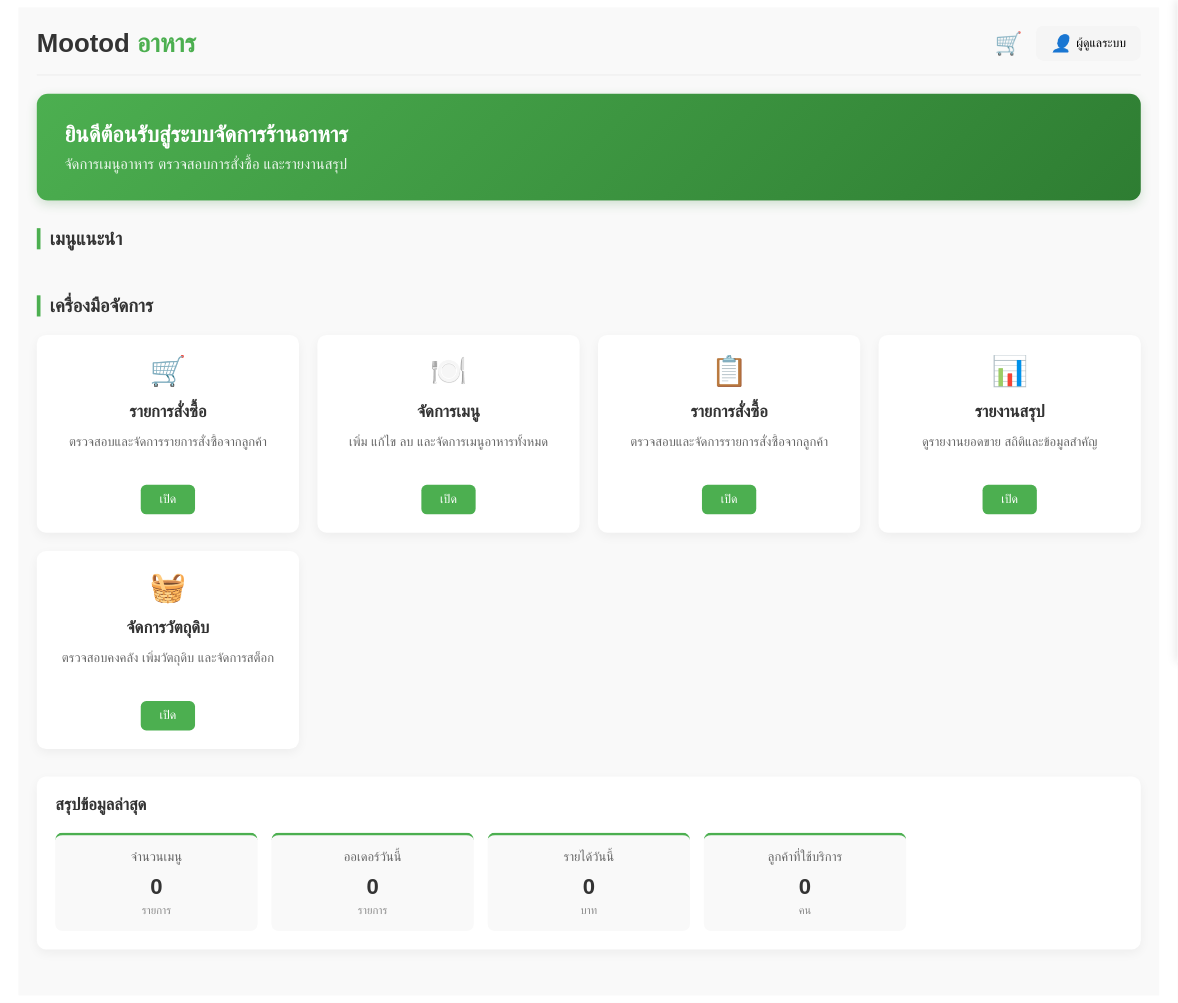
Repository: KwaunchaiJankaikot/mootod
Page: / (app in frontend/)
The author's editor kept a copy of each file at every save. The page is drawn from the files as they stood at one save, then again after a run of saves.
The browser window is 1280 px wide. The pictures show the whole page, at 92% of full size.
The page's requests for data from a server got no answer. The project was rebuilt for these pictures with package versions that can differ from the ones it lists, and the page was loaded fresh each time. No one was signed in, and anything a server would have sent is missing. Also part of the build but not shown: frontend/vue.config.js, frontend/src/components/CheckoutPage.vue, frontend/src/components/AddMenu.vue, frontend/src/components/MenuList.vue, frontend/src/components/EditMenu.vue, frontend/src/components/InventoryPage.vue.

Above is the page before, as saved 2025-04-23 01:00:41.

### frontend/public/index.html
<!DOCTYPE html>
<html lang="">
  <head>
    <meta charset="utf-8">
    <meta http-equiv="X-UA-Compatible" content="IE=edge">
    <meta name="viewport" content="width=device-width,initial-scale=1.0">
    <link rel="icon" href="<%= BASE_URL %>favicon.ico">
    <title><%= htmlWebpackPlugin.options.title %></title>
    <link href="https://fonts.googleapis.com/icon?family=Material+Icons" rel="stylesheet">
    <link rel="stylesheet" href="https://fonts.googleapis.com/css2?family=Material+Symbols+Outlined:opsz,wght,FILL,GRAD@24,400,0,0" />
  </head>
  <body>
    <noscript>
      <strong>We're sorry but <%= htmlWebpackPlugin.options.title %> doesn't work properly without JavaScript enabled. Please enable it to continue.</strong>
    </noscript>
    <div id="app"></div>
    <!-- built files will be auto injected -->
  </body>
</html>

### frontend/src/main.js
import { createApp } from 'vue';
import App from './App.vue';
import router from './router';

const app = createApp(App);
app.use(router);  // ติดตั้ง Vue Router
app.mount('#app');

### frontend/src/App.vue
<template>
  <div id="app">
    <router-view></router-view>
  </div>
</template>

<script>
export default {
  name: 'App',
};
</script>

### frontend/src/router/index.js
import { createRouter, createWebHistory } from 'vue-router';
import HomePage from '../components/HomePage.vue';
import AddMenu from '../components/AddMenu.vue';
import MenuList from '../components/MenuList.vue';
import EditMenu from '../components/EditMenu.vue';
import InventoryPage from '../components/InventoryPage.vue';

const routes = [
  {
    path: '/',
    name: 'Home',
    component: HomePage
  },
  {
    path: '/add-menu',
    name: 'Menu',
    component: AddMenu
  },
  {
    path: '/menu-list',
    name: 'MenuList',
    component: MenuList
  },
  {
    path: '/edit-menu/:id',
    name: 'edit-menu',
    component: EditMenu,
    props: true,
  },

  {
    path: '/inventorypage',
    name: 'inventorypage',
    component: InventoryPage,
  },
];

const router = createRouter({
  history: createWebHistory(process.env.BASE_URL),
  routes
});

export default router;

### frontend/src/components/HomePage.vue
<template>
  <div class="home-container">
    <header class="header">
      <div class="logo">
        <img src="@/assets/logo.png" alt="Mootod Logo" v-if="false" />
        <h1>Mootod <span>อาหาร</span></h1>
      </div>
      <div class="right-menu">
        <div class="cart-icon" @click="toggleCart">
          <span>🛒</span>
          <span class="cart-badge" v-if="cartItems.length > 0">{{
            cartItems.length
          }}</span>
        </div>
        <button class="user-btn">
          <i class="user-icon">👤</i>
          <span>ผู้ดูแลระบบ</span>
        </button>
      </div>
    </header>

    <!-- ตะกร้าสินค้า -->
    <CartSidebar
      :cartItems="cartItems"
      :isCartOpen="isCartOpen"
      @close-cart="toggleCart"
      @remove-item="removeFromCart"
      @increase-quantity="increaseQuantity"
      @decrease-quantity="decreaseQuantity"
      @go-to-checkout="goToCheckout"
    />

    <!-- หน้าชำระเงิน -->
    <CheckoutPage
      v-if="isCheckoutModalOpen"
      :cartItems="cartItems"
      @close-checkout="closeCheckoutModal"
      @payment-success="handlePaymentSuccess"
    />

    <div class="welcome-banner">
      <div class="banner-content">
        <h2>ยินดีต้อนรับสู่ระบบจัดการร้านอาหาร</h2>
        <p>จัดการเมนูอาหาร ตรวจสอบการสั่งซื้อ และรายงานสรุป</p>
      </div>
    </div>

    <!-- แสดงรายการเมนู -->
    <h3 class="section-title">เมนูแนะนำ</h3>
    <div class="menu-cards">
      <div v-for="menu in menus" :key="menu.id" class="menu-card">
        <div class="card-image-container">
          <img :src="menu.image_url" alt="เมนูอาหาร" class="card-image" />
        </div>
        <div class="card-content">
          <h3>{{ menu.name }}</h3>
          <p>{{ menu.description }}</p>
          <div class="card-footer">
            <span class="price">{{ menu.price }} บาท</span>
            <button class="card-btn" @click="addToCart(menu)">สั่งอาหาร</button>
          </div>
        </div>
      </div>
    </div>

    <!-- ส่วนอื่นๆ ของหน้าจัดการ -->
    <h3 class="section-title">เครื่องมือจัดการ</h3>
    <div class="admin-cards">

      <div class="card" @click="goTo('orders')">
        <div class="card-icon">🛒</div>
        <h3>รายการสั่งซื้อ</h3>
        <p>ตรวจสอบและจัดการรายการสั่งซื้อจากลูกค้า</p>
        <button class="card-btn">เปิด</button>
      </div>

      <div class="card" @click="goTo('menu')">
        <div class="card-icon">🍽️</div>
        <h3>จัดการเมนู</h3>
        <p>เพิ่ม แก้ไข ลบ และจัดการเมนูอาหารทั้งหมด</p>
        <button class="card-btn">เปิด</button>
      </div>

      <!-- <div class="card" @click="goTo('add-menu')">
        <div class="card-icon">➕</div>
        <h3>เพิ่มเมนูใหม่</h3>
        <p>เพิ่มเมนูอาหารใหม่เข้าสู่ระบบพร้อมรูปภาพ</p>
        <button class="card-btn">เปิด</button>
      </div> -->

      <div class="card" @click="goTo('orders')">
        <div class="card-icon">📋</div>
        <h3>รายการสั่งซื้อ</h3>
        <p>ตรวจสอบและจัดการรายการสั่งซื้อจากลูกค้า</p>
        <button class="card-btn">เปิด</button>
      </div>

      <div class="card" @click="goTo('reports')">
        <div class="card-icon">📊</div>
        <h3>รายงานสรุป</h3>
        <p>ดูรายงานยอดขาย สถิติและข้อมูลสำคัญ</p>
        <button class="card-btn">เปิด</button>
      </div>

      <div class="card" @click="goTo('inventorypage')">
        <div class="card-icon">🧺</div>
        <h3>จัดการวัตถุดิบ</h3>
        <p>ตรวจสอบคงคลัง เพิ่มวัตถุดิบ และจัดการสต็อก</p>
        <button class="card-btn">เปิด</button>
      </div>
    </div>

    <div class="quick-stats">
      <h3>สรุปข้อมูลล่าสุด</h3>
      <div class="stats-grid">
        <div class="stat-card">
          <h4>จำนวนเมนู</h4>
          <div class="stat-value">{{ totalMenus || menus.length }}</div>
          <div class="stat-label">รายการ</div>
        </div>

        <div class="stat-card">
          <h4>ออเดอร์วันนี้</h4>
          <div class="stat-value">0</div>
          <div class="stat-label">รายการ</div>
        </div>

        <div class="stat-card">
          <h4>รายได้วันนี้</h4>
          <div class="stat-value">0</div>
          <div class="stat-label">บาท</div>
        </div>

        <div class="stat-card">
          <h4>ลูกค้าที่ใช้บริการ</h4>
          <div class="stat-value">0</div>
          <div class="stat-label">คน</div>
        </div>
      </div>
    </div>
  </div>
</template>

<script>
import axios from "axios";
import CartSidebar from "@/components/CartSidebar.vue";
import CheckoutPage from "@/components/CheckoutPage.vue";

export default {
  name: "HomePage",
  components: {
    CartSidebar,
    CheckoutPage,
  },
  data() {
    return {
      menus: [],
      totalMenus: 0,
      cartItems: [],
      isCartOpen: false,
      isCheckoutModalOpen: false,
    };
  },
  mounted() {
    this.fetchMenus();
    // โหลดข้อมูลตะกร้าจาก localStorage (ถ้ามี)
    const savedCart = localStorage.getItem("cart");
    if (savedCart) {
      this.cartItems = JSON.parse(savedCart);
    }
  },
  methods: {
    goTo(route) {
      switch (route) {
        case "menu":
          this.$router.push("/menu-list");
          break;
        case "add-menu":
          this.$router.push("/add-menu");
          break;
        case "orders":
          this.$router.push("/orders");
          break;
        case "reports":
          this.$router.push("/reports");
          break;
        case "inventorypage":
          this.$router.push("/inventorypage");
          break;
        default:
          this.$router.push("/");
      }
    },
    fetchMenus() {
      axios
        .get("http://localhost:5000/menus") // เปลี่ยนเป็น URL ของ API ที่คุณใช้
        .then((response) => {
          this.menus = response.data; // บันทึกข้อมูลเมนูใน state
          this.totalMenus = this.menus.length;
        })
        .catch((error) => {
          console.error("เกิดข้อผิดพลาดในการดึงข้อมูลเมนู:", error);
          this.totalMenus = this.menus.length;
        });
    },
    // ฟังก์ชันเกี่ยวกับตะกร้าสินค้า
    addToCart(menu) {
      // ตรวจสอบว่ามีรายการนี้ในตะกร้าหรือไม่
      const existingItem = this.cartItems.find((item) => item.id === menu.id);

      if (existingItem) {
        // ถ้ามีอยู่แล้ว เพิ่มจำนวน
        existingItem.quantity += 1;
      } else {
        // ถ้ายังไม่มี เพิ่มรายการใหม่พร้อมจำนวน = 1
        this.cartItems.push({
          ...menu,
          quantity: 1,
        });
      }

      // บันทึกลง localStorage
      this.saveCart();

      // เปิดตะกร้าสินค้า
      this.isCartOpen = true;
    },
    toggleCart() {
      this.isCartOpen = !this.isCartOpen;
    },
    removeFromCart(index) {
      this.cartItems.splice(index, 1);
      this.saveCart();
    },
    increaseQuantity(index) {
      this.cartItems[index].quantity += 1;
      this.saveCart();
    },
    decreaseQuantity(index) {
      if (this.cartItems[index].quantity > 1) {
        this.cartItems[index].quantity -= 1;
      } else {
        // ถ้าเหลือแค่ 1 ชิ้น แล้วกดลด ให้ลบรายการออกจากตะกร้า
        this.removeFromCart(index);
      }
      this.saveCart();
    },
    saveCart() {
      localStorage.setItem("cart", JSON.stringify(this.cartItems));
    },
    // ฟังก์ชันเกี่ยวกับการชำระเงิน
    goToCheckout() {
      this.isCheckoutModalOpen = true;
      this.isCartOpen = false; // ปิดตะกร้าเมื่อไปที่หน้าชำระเงิน
    },
    closeCheckoutModal() {
      this.isCheckoutModalOpen = false;
    },
    handlePaymentSuccess() {
      // ล้างตะกร้า
      this.cartItems = [];
      this.saveCart();
      // ปิดหน้าชำระเงิน (จะถูกจัดการโดย CheckoutPage component แล้ว)
    },
  },
};
</script>

<style scoped>
.home-container {
  max-width: 1200px;
  margin: 0 auto;
  padding: 20px;
  font-family: "Prompt", "Kanit", sans-serif;
  background-color: #f9f9f9;
  position: relative;
}

/* Header */
.header {
  display: flex;
  justify-content: space-between;
  align-items: center;
  margin-bottom: 20px;
  padding-bottom: 15px;
  border-bottom: 1px solid #eaeaea;
}

.logo {
  display: flex;
  align-items: center;
}

.logo h1 {
  font-size: 28px;
  font-weight: 700;
  color: #333;
  margin: 0;
}

.logo span {
  color: #4caf50;
}

.logo img {
  height: 40px;
  margin-right: 10px;
}

.right-menu {
  display: flex;
  align-items: center;
  gap: 15px;
}

.cart-icon {
  position: relative;
  cursor: pointer;
  font-size: 24px;
}

.cart-badge {
  position: absolute;
  top: -8px;
  right: -8px;
  background-color: #f44336;
  color: white;
  border-radius: 50%;
  width: 18px;
  height: 18px;
  font-size: 12px;
  display: flex;
  align-items: center;
  justify-content: center;
}

.user-btn {
  display: flex;
  align-items: center;
  background: #f5f5f5;
  border: none;
  border-radius: 8px;
  padding: 8px 16px;
  cursor: pointer;
  transition: background-color 0.2s;
}

.user-btn:hover {
  background: #eaeaea;
}

.user-icon {
  margin-right: 5px;
  font-size: 18px;
}

/* Welcome Banner */
.welcome-banner {
  background: linear-gradient(135deg, #4caf50 0%, #2e7d32 100%);
  border-radius: 12px;
  padding: 30px;
  margin-bottom: 30px;
  color: white;
  box-shadow: 0 4px 12px rgba(46, 125, 50, 0.2);
}

.banner-content h2 {
  font-size: 24px;
  margin: 0 0 10px 0;
  font-weight: 600;
}

.banner-content p {
  font-size: 16px;
  margin: 0;
  opacity: 0.9;
}

/* Section Titles */
.section-title {
  font-size: 20px;
  font-weight: 600;
  color: #333;
  margin-top: 30px;
  margin-bottom: 20px;
  border-left: 4px solid #4caf50;
  padding-left: 10px;
}

/* Menu Cards - แสดงเมนูอาหาร */
.menu-cards {
  display: grid;
  grid-template-columns: repeat(auto-fill, minmax(280px, 1fr));
  gap: 20px;
  margin-bottom: 30px;
}

.menu-card {
  background: white;
  border-radius: 10px;
  overflow: hidden;
  box-shadow: 0 4px 12px rgba(0, 0, 0, 0.05);
  transition: transform 0.3s ease, box-shadow 0.3s ease;
  cursor: pointer;
}

.menu-card:hover {
  transform: translateY(-5px);
  box-shadow: 0 8px 20px rgba(0, 0, 0, 0.1);
}

.card-image-container {
  width: 100%;
  height: 180px;
  overflow: hidden;
}

.card-image {
  width: 100%;
  height: 100%;
  object-fit: cover;
  transition: transform 0.3s ease;
}

.menu-card:hover .card-image {
  transform: scale(1.05);
}

.card-content {
  padding: 15px;
}

.card-content h3 {
  font-size: 18px;
  margin: 0 0 8px 0;
  color: #333;
}

.card-content p {
  font-size: 14px;
  color: #666;
  margin: 0 0 15px 0;
  height: 40px;
  overflow: hidden;
  display: -webkit-box;
  -webkit-line-clamp: 2;
  -webkit-box-orient: vertical;
}

.card-footer {
  display: flex;
  justify-content: space-between;
  align-items: center;
}

.price {
  font-weight: 600;
  color: #4caf50;
}

/* Admin Cards - การ์ดจัดการระบบ */
.admin-cards {
  display: grid;
  grid-template-columns: repeat(auto-fill, minmax(250px, 1fr));
  gap: 20px;
  margin-bottom: 30px;
}

.card {
  background: white;
  border-radius: 10px;
  padding: 20px;
  box-shadow: 0 4px 12px rgba(0, 0, 0, 0.05);
  text-align: center;
  transition: transform 0.3s ease, box-shadow 0.3s ease;
  cursor: pointer;
}

.card:hover {
  transform: translateY(-5px);
  box-shadow: 0 8px 20px rgba(0, 0, 0, 0.1);
}

.card-icon {
  font-size: 32px;
  margin-bottom: 15px;
}

.card h3 {
  font-size: 18px;
  margin: 0 0 10px 0;
  color: #333;
}

.card p {
  color: #666;
  font-size: 14px;
  margin-bottom: 15px;
  height: 40px;
  overflow: hidden;
  display: -webkit-box;
  -webkit-line-clamp: 2;
  -webkit-box-orient: vertical;
}

.card-btn {
  background-color: #4caf50;
  color: white;
  border: none;
  padding: 8px 20px;
  border-radius: 6px;
  cursor: pointer;
  font-weight: 500;
  transition: background-color 0.2s;
}

.card-btn:hover {
  background-color: #45a049;
}

/* Quick Stats */
.quick-stats {
  background: white;
  border-radius: 10px;
  padding: 20px;
  box-shadow: 0 4px 12px rgba(0, 0, 0, 0.05);
  margin-bottom: 30px;
}

.quick-stats h3 {
  margin-top: 0;
  margin-bottom: 20px;
  color: #333;
  font-size: 18px;
  font-weight: 600;
}

.stats-grid {
  display: grid;
  grid-template-columns: repeat(auto-fill, minmax(200px, 1fr));
  gap: 15px;
}

.stat-card {
  background: #f9f9f9;
  padding: 15px;
  border-radius: 8px;
  text-align: center;
  border-top: 3px solid #4caf50;
}

.stat-card h4 {
  font-size: 14px;
  font-weight: 500;
  color: #666;
  margin: 0 0 10px 0;
}

.stat-value {
  font-size: 24px;
  font-weight: 600;
  color: #333;
  margin-bottom: 5px;
}

.stat-label {
  font-size: 12px;
  color: #888;
}

/* Responsive */
@media (max-width: 768px) {
  .menu-cards,
  .admin-cards {
    grid-template-columns: repeat(auto-fill, minmax(220px, 1fr));
  }

  .welcome-banner {
    padding: 25px;
  }

  .banner-content h2 {
    font-size: 22px;
  }
}

@media (max-width: 480px) {
  .home-container {
    padding: 15px;
  }

  .header {
    flex-direction: column;
    align-items: flex-start;
  }

  .right-menu {
    margin-top: 15px;
    width: 100%;
    justify-content: space-between;
  }

  .menu-cards,
  .admin-cards {
    grid-template-columns: 1fr;
  }

  .welcome-banner {
    padding: 20px;
  }

  .stats-grid {
    grid-template-columns: 1fr 1fr;
  }

  .card-image-container {
    height: 160px;
  }
}
</style>

### frontend/src/components/CartSidebar.vue
<template>
  <div class="cart-sidebar" :class="{ 'cart-active': isCartOpen }">
    <div class="cart-header">
      <h3>ตะกร้าสินค้า</h3>
      <button class="close-btn" @click="closeCart">✕</button>
    </div>

    <div v-if="cartItems.length === 0" class="empty-cart">
      <span>🛒</span>
      <p>ไม่มีรายการในตะกร้า</p>
    </div>

    <div v-else class="cart-items">
      <div v-for="(item, index) in cartItems" :key="index" class="cart-item">
        <div class="cart-item-img">
          <img :src="item.image_url" alt="เมนูอาหาร" />
        </div>
        <div class="cart-item-info">
          <h4>{{ item.name }}</h4>
          <div class="item-price">{{ item.price }} บาท</div>
        </div>
        <div class="cart-item-actions">
          <button class="qty-btn" @click="decreaseQuantity(index)">-</button>
          <span class="item-qty">{{ item.quantity }}</span>
          <button class="qty-btn" @click="increaseQuantity(index)">+</button>
          <button class="remove-btn" @click="removeFromCart(index)">
            ลบ
          </button>
        </div>
      </div>
    </div>

    <div class="cart-summary" v-if="cartItems.length > 0">
      <div class="summary-row">
        <span>ยอดรวม:</span>
        <span class="summary-price">{{ calculateTotal() }} บาท</span>
      </div>
      <button class="checkout-btn" @click="goToCheckout">ไปชำระเงิน</button>
    </div>
  </div>
</template>

<script>
export default {
  name: "CartSidebar",
  props: {
    cartItems: {
      type: Array,
      required: true
    },
    isCartOpen: {
      type: Boolean,
      default: false
    }
  },
  methods: {
    closeCart() {
      this.$emit('close-cart');
    },
    removeFromCart(index) {
      this.$emit('remove-item', index);
    },
    increaseQuantity(index) {
      this.$emit('increase-quantity', index);
    },
    decreaseQuantity(index) {
      this.$emit('decrease-quantity', index);
    },
    calculateTotal() {
      return this.cartItems.reduce((total, item) => {
        return total + (item.price * item.quantity);
      }, 0);
    },
    goToCheckout() {
      this.$emit('go-to-checkout');
    }
  }
};
</script>

<style scoped>
/* Cart Sidebar */
.cart-sidebar {
  position: fixed;
  top: 0;
  right: -350px;
  width: 350px;
  height: 100vh;
  background-color: white;
  box-shadow: -2px 0 10px rgba(0, 0, 0, 0.1);
  z-index: 1000;
  transition: right 0.3s ease;
  display: flex;
  flex-direction: column;
}

.cart-active {
  right: 0;
}

.cart-header {
  display: flex;
  justify-content: space-between;
  align-items: center;
  padding: 15px 20px;
  border-bottom: 1px solid #eaeaea;
}

.cart-header h3 {
  margin: 0;
  font-size: 18px;
}

.close-btn {
  background: none;
  border: none;
  font-size: 18px;
  cursor: pointer;
  color: #777;
}

.empty-cart {
  display: flex;
  flex-direction: column;
  align-items: center;
  justify-content: center;
  padding: 50px 20px;
  color: #777;
}

.empty-cart span {
  font-size: 48px;
  margin-bottom: 15px;
  opacity: 0.5;
}

.cart-items {
  flex: 1;
  overflow-y: auto;
  padding: 15px;
}

.cart-item {
  display: flex;
  padding: 10px 0;
  border-bottom: 1px solid #eaeaea;
  margin-bottom: 10px;
}

.cart-item-img {
  width: 60px;
  height: 60px;
  overflow: hidden;
  border-radius: 6px;
  margin-right: 10px;
}

.cart-item-img img {
  width: 100%;
  height: 100%;
  object-fit: cover;
}

.cart-item-info {
  flex: 1;
}

.cart-item-info h4 {
  margin: 0 0 5px 0;
  font-size: 16px;
}

.item-price {
  color: #4caf50;
  font-weight: 500;
}

.cart-item-actions {
  display: flex;
  align-items: center;
  gap: 5px;
}

.qty-btn {
  width: 24px;
  height: 24px;
  border: 1px solid #ddd;
  background: white;
  border-radius: 4px;
  display: flex;
  align-items: center;
  justify-content: center;
  cursor: pointer;
}

.item-qty {
  width: 20px;
  text-align: center;
}

.remove-btn {
  background: #f44336;
  color: white;
  border: none;
  border-radius: 4px;
  padding: 3px 8px;
  font-size: 12px;
  cursor: pointer;
  margin-left: 5px;
}

.cart-summary {
  padding: 15px;
  border-top: 1px solid #eaeaea;
  background-color: #f9f9f9;
}

.summary-row {
  display: flex;
  justify-content: space-between;
  margin-bottom: 15px;
  font-weight: 500;
}

.summary-price {
  color: #4caf50;
  font-size: 18px;
  font-weight: 600;
}

.checkout-btn {
  width: 100%;
  padding: 12px;
  background-color: #4caf50;
  color: white;
  border: none;
  border-radius: 6px;
  font-weight: 500;
  cursor: pointer;
  transition: background-color 0.2s;
}

.checkout-btn:hover {
  background-color: #45a049;
}

@media (max-width: 768px) {
  .cart-sidebar {
    width: 300px;
  }
}

@media (max-width: 480px) {
  .cart-sidebar {
    width: 85%;
  }
}
</style>

After the next 2 saves:
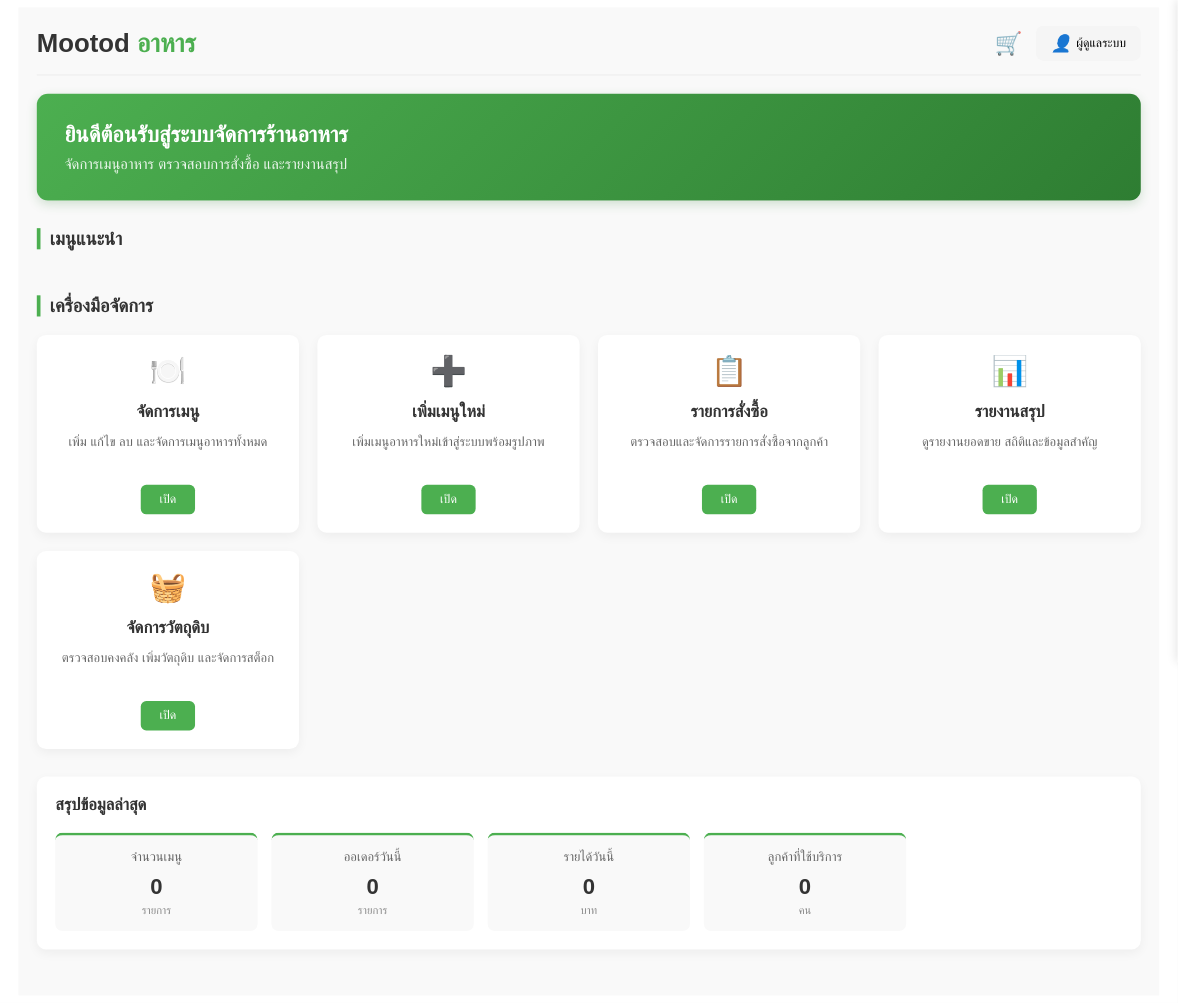
The 2 saves are shown as one change because they came seconds apart.
The last was saved 74 s later.
--- a/frontend/src/components/HomePage.vue
+++ b/frontend/src/components/HomePage.vue
@@ -66,14 +66,6 @@
     <!-- ส่วนอื่นๆ ของหน้าจัดการ -->
     <h3 class="section-title">เครื่องมือจัดการ</h3>
     <div class="admin-cards">
-
-      <div class="card" @click="goTo('orders')">
-        <div class="card-icon">🛒</div>
-        <h3>รายการสั่งซื้อ</h3>
-        <p>ตรวจสอบและจัดการรายการสั่งซื้อจากลูกค้า</p>
-        <button class="card-btn">เปิด</button>
-      </div>
-
       <div class="card" @click="goTo('menu')">
         <div class="card-icon">🍽️</div>
         <h3>จัดการเมนู</h3>
@@ -81,12 +73,12 @@
         <button class="card-btn">เปิด</button>
       </div>
 
-      <!-- <div class="card" @click="goTo('add-menu')">
+      <div class="card" @click="goTo('add-menu')">
         <div class="card-icon">➕</div>
         <h3>เพิ่มเมนูใหม่</h3>
         <p>เพิ่มเมนูอาหารใหม่เข้าสู่ระบบพร้อมรูปภาพ</p>
         <button class="card-btn">เปิด</button>
-      </div> -->
+      </div>
 
       <div class="card" @click="goTo('orders')">
         <div class="card-icon">📋</div>
@@ -150,7 +142,7 @@ export default {
   name: "HomePage",
   components: {
     CartSidebar,
-    CheckoutPage,
+    CheckoutPage
   },
   data() {
     return {
@@ -184,7 +176,7 @@ export default {
         case "reports":
           this.$router.push("/reports");
           break;
-        case "inventorypage":
+         case "inventorypage":
           this.$router.push("/inventorypage");
           break;
         default:
@@ -200,6 +192,7 @@ export default {
         })
         .catch((error) => {
           console.error("เกิดข้อผิดพลาดในการดึงข้อมูลเมนู:", error);
+
           this.totalMenus = this.menus.length;
         });
     },
